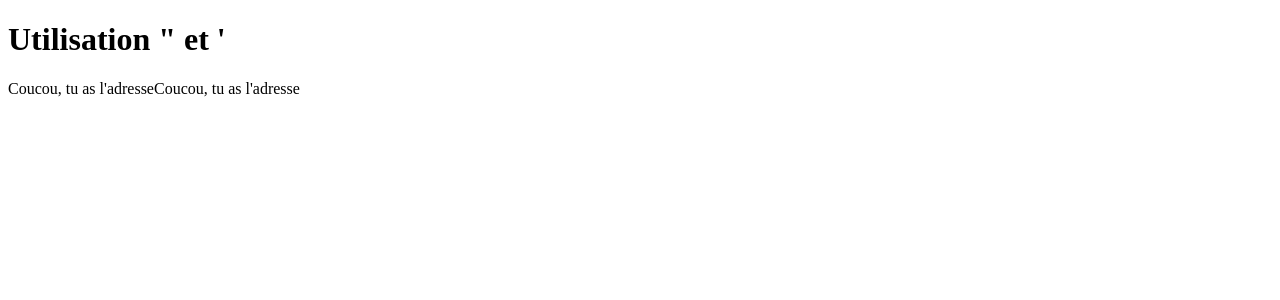
Repository: QuentinFayt/base-php-2021
Page: http://localhost/protection_string.php
The author's editor kept a copy of each file at every save. The page is drawn from the files as they stood at one save, then again after the next save.
The browser window is 1280 px wide. The pictures show the whole page.
The page is run by PHP 8.4 with error messages shown; the project is at /var/www/html/.

Above is the page before, as saved 2021-07-05 15:34:29.

After the next save:
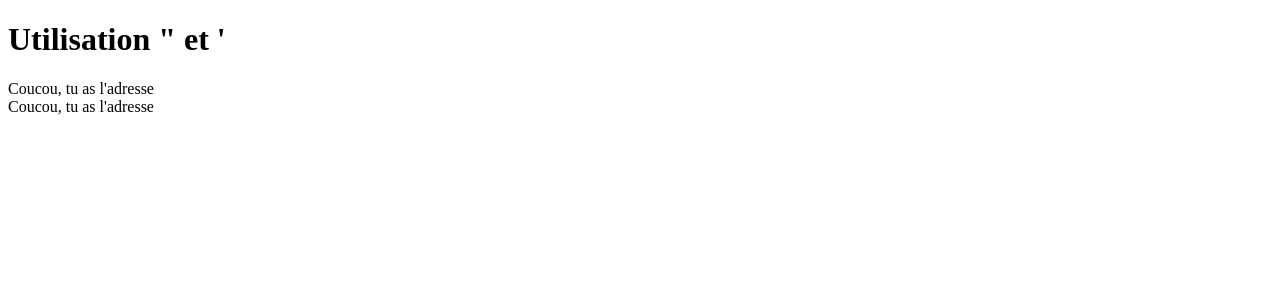
Saved 20 s later.
--- a/protection_string.php
+++ b/protection_string.php
@@ -10,7 +10,7 @@
     <h1>Utilisation " et '</h1>
     <p><?php
 
-        echo "Coucou, tu as l'adresse";
+        echo "Coucou, tu as l'adresse <br/>";
         echo 'Coucou, tu as l\'adresse';
 
     ?></p>
